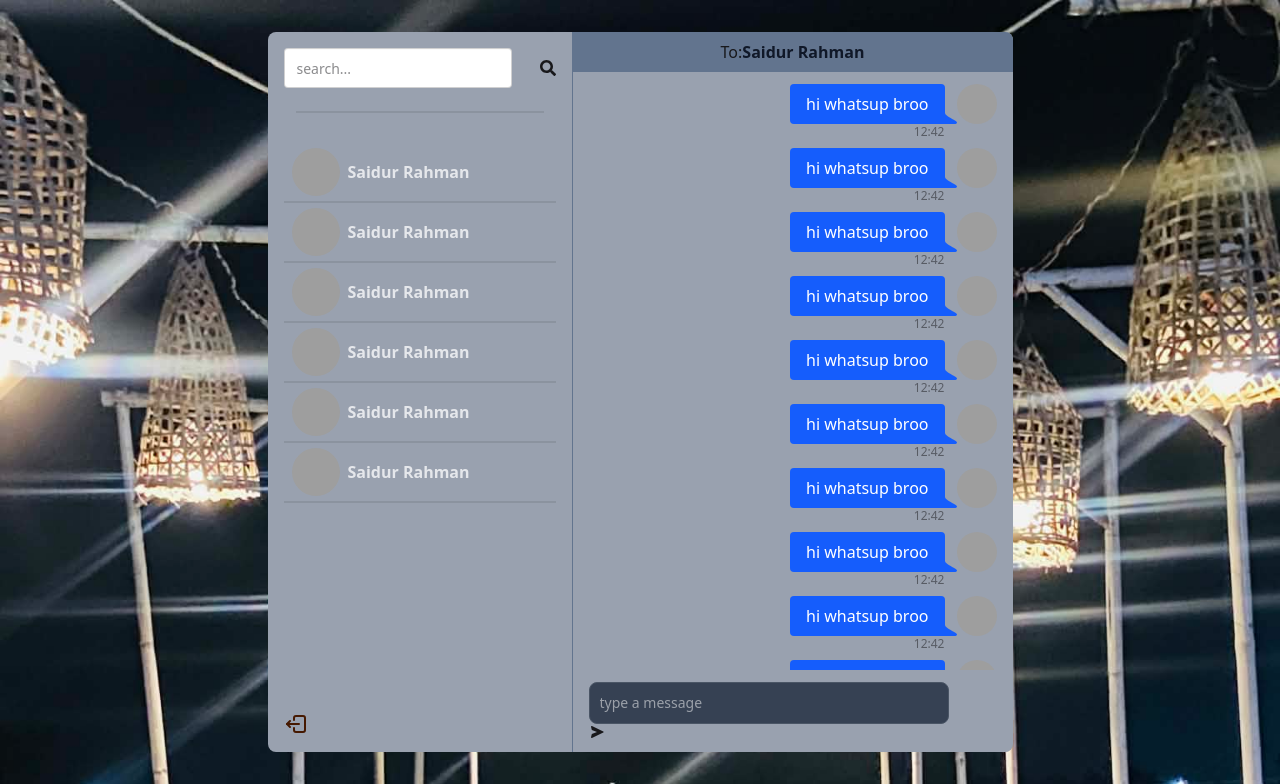
Repository: ridhukhan/chatapp
Page: / (app in frontend/)
An editor plug-in stored every save of this project. The page is shown before and after the next save, followed by the edit.
The browser window is 1280 px wide. The pictures show the whole page.
Pictures or frames that could not be fetched are drawn as grey boxes. An inner scrolling area shows only its first screen. Backgrounds fixed to the window are drawn as part of the page. The project was rebuilt for these pictures with package versions that can differ from the ones it lists, and the page was loaded fresh each time. Also part of the build but not shown: frontend/vite.config.js, frontend/src/Pages/login/Login.jsx, frontend/src/Pages/signup/GendarCheckbox.jsx, frontend/src/Pages/signup/SignUp.jsx.

Above is the page before, as saved 2025-12-25 19:14:22.

After the next save:
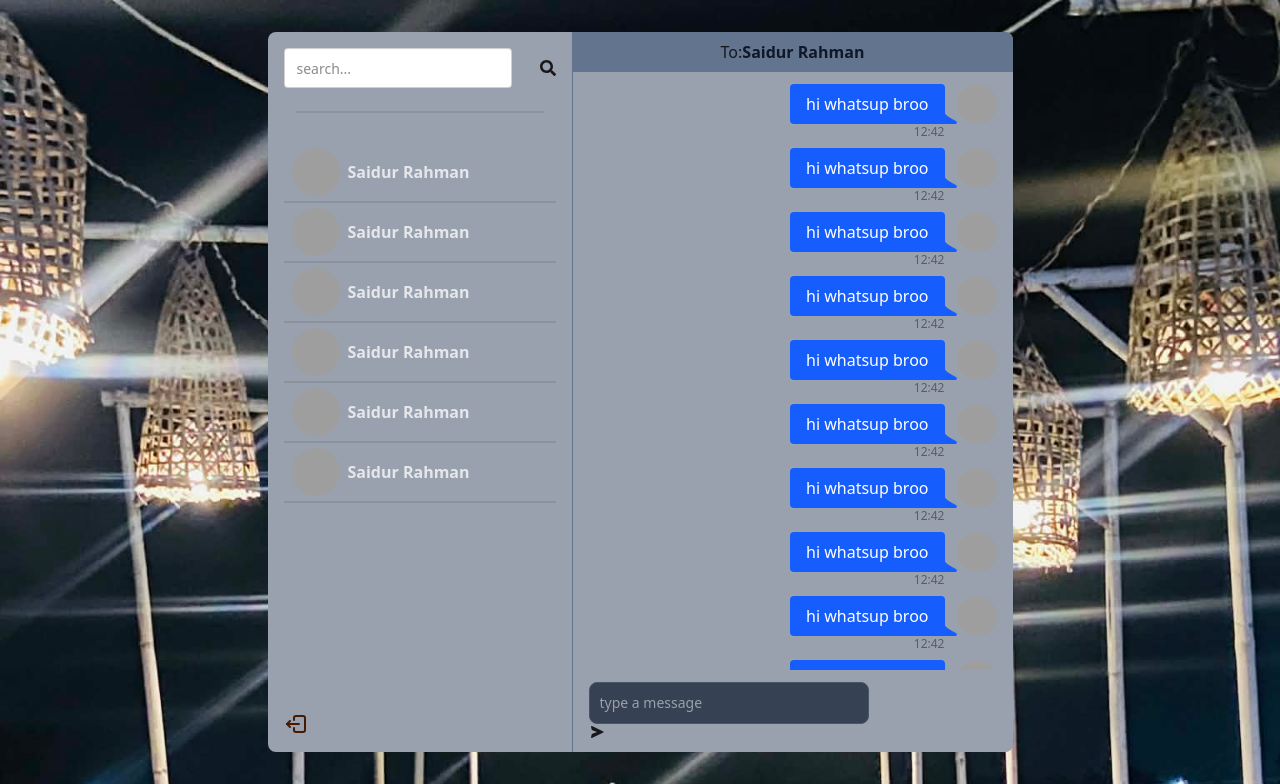
Saved 20 s later.
--- a/frontend/src/Components/messages/MessageInput.jsx
+++ b/frontend/src/Components/messages/MessageInput.jsx
@@ -5,7 +5,7 @@ const MessageInput = () => {
     <form className='px-4 my-3'>
 
 <div className='w-full'>
-<input type="text" className='border text-sm rounded-lg block w-90 p-2.5 bg-gray-700 border-gray-600 text-white'
+<input type="text" className='border text-sm rounded-lg block w-70 p-2.5 bg-gray-700 border-gray-600 text-white'
 placeholder='type a message'/>
 
 <button type='submit'className='absulate inset-y-0 end-0 flex items-center pe-3'>
